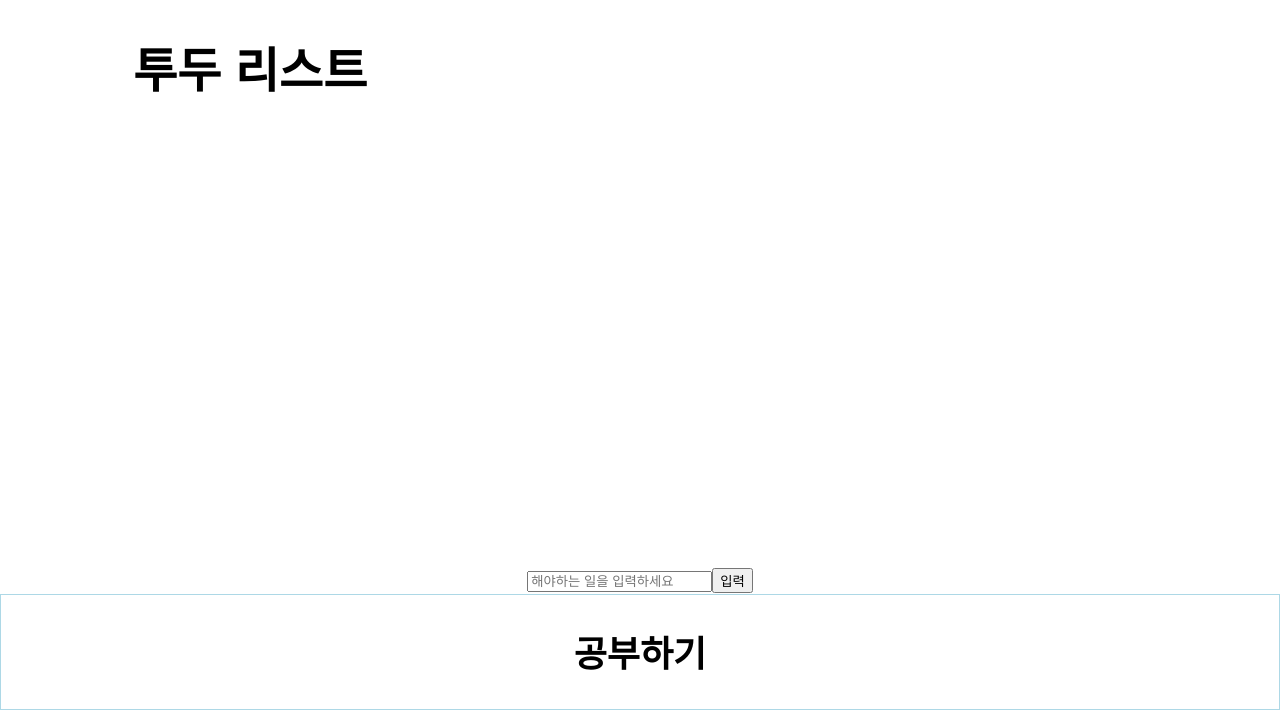
Repository: jun01270/Todo-List_React
Page: /
An editor plug-in stored every save of this project. The page is shown before and after a run of saves, followed by the edit.
The browser window is 1280 px wide. The pictures show the whole page.
The project was rebuilt for these pictures with package versions that can differ from the ones it lists, and the page was loaded fresh each time.

Above is the page before, as saved 2023-01-02 13:47:48.

### public/index.html
<!DOCTYPE html>
<html lang="en">
  <head>
    <meta charset="utf-8" />
    <link rel="preconnect" href="https://fonts.googleapis.com" />
    <link rel="preconnect" href="https://fonts.gstatic.com" crossorigin />
    <link
      href="https://fonts.googleapis.com/css2?family=Nanum+Pen+Script&display=swap"
      rel="stylesheet"
    />
    <meta name="viewport" content="width=device-width, initial-scale=1" />
    <meta name="theme-color" content="#000000" />
    <meta
      name="description"
      content="Web site created using create-react-app"
    />
    <link rel="apple-touch-icon" href="%PUBLIC_URL%/logo192.png" />
    <!--
      manifest.json provides metadata used when your web app is installed on a
      user's mobile device or desktop. See https://developers.google.com/web/fundamentals/web-app-manifest/
    -->
    <link rel="manifest" href="%PUBLIC_URL%/manifest.json" />
    <!--
      Notice the use of %PUBLIC_URL% in the tags above.
      It will be replaced with the URL of the `public` folder during the build.
      Only files inside the `public` folder can be referenced from the HTML.

      Unlike "/favicon.ico" or "favicon.ico", "%PUBLIC_URL%/favicon.ico" will
      work correctly both with client-side routing and a non-root public URL.
      Learn how to configure a non-root public URL by running `npm run build`.
    -->
    <title>React App</title>
  </head>
  <body>
    <noscript>You need to enable JavaScript to run this app.</noscript>
    <div id="root"></div>
    <!--
      This HTML file is a template.
      If you open it directly in the browser, you will see an empty page.

      You can add webfonts, meta tags, or analytics to this file.
      The build step will place the bundled scripts into the <body> tag.

      To begin the development, run `npm start` or `yarn start`.
      To create a production bundle, use `npm run build` or `yarn build`.
    -->
  </body>
</html>

### src/App.js
import "./App.css";
import Todo from "./todo";

function App() {
  return (
    <div className="todo">
      <Todo />
    </div>
  );
}

export default App;

### src/App.css
.todo {
  text-align: center;
  font-family: "Nanum Pen Script", cursive;
  font-size: x-large;
}

.todo-Form {
}

.todo-title {
  width: 500px;
  height: 500px;
  font-family: "Nanum Pen Script", cursive;
}

.todo-items {
  border: 1px solid lightblue;
}

### src/todo.js
import { useState } from "react";
import "./App.css";

function Todo() {
  const handleEvent = (event) => {
    setinputValue(event.target.value);
  };

  const [inputValue, setinputValue] = useState("");
  const [todoList, setTodoList] = useState([]);

  const addTodo = () => {
    console.log("I'm Todo", todoList);
    setTodoList(...todoList, inputValue);
  };

  return (
    <div id="todo">
      <h1 className="todo-title">투두 리스트</h1>
      <div className="todo-form">
        <div className="todo-input">
          <input
            type="text"
            placeholder="해야하는 일을 입력하세요"
            onChange={handleEvent}
            value={inputValue}
          ></input>
          <button onClick={addTodo}>입력</button>
        </div>
        <div className="todo-items">
          <h2>공부하기</h2>
        </div>
      </div>
    </div>
  );
}

export default Todo;

Loaded but not shown: src/index.js (common file); src/index.css (common file); src/reportWebVitals.js (common file)

After the next 2 saves:
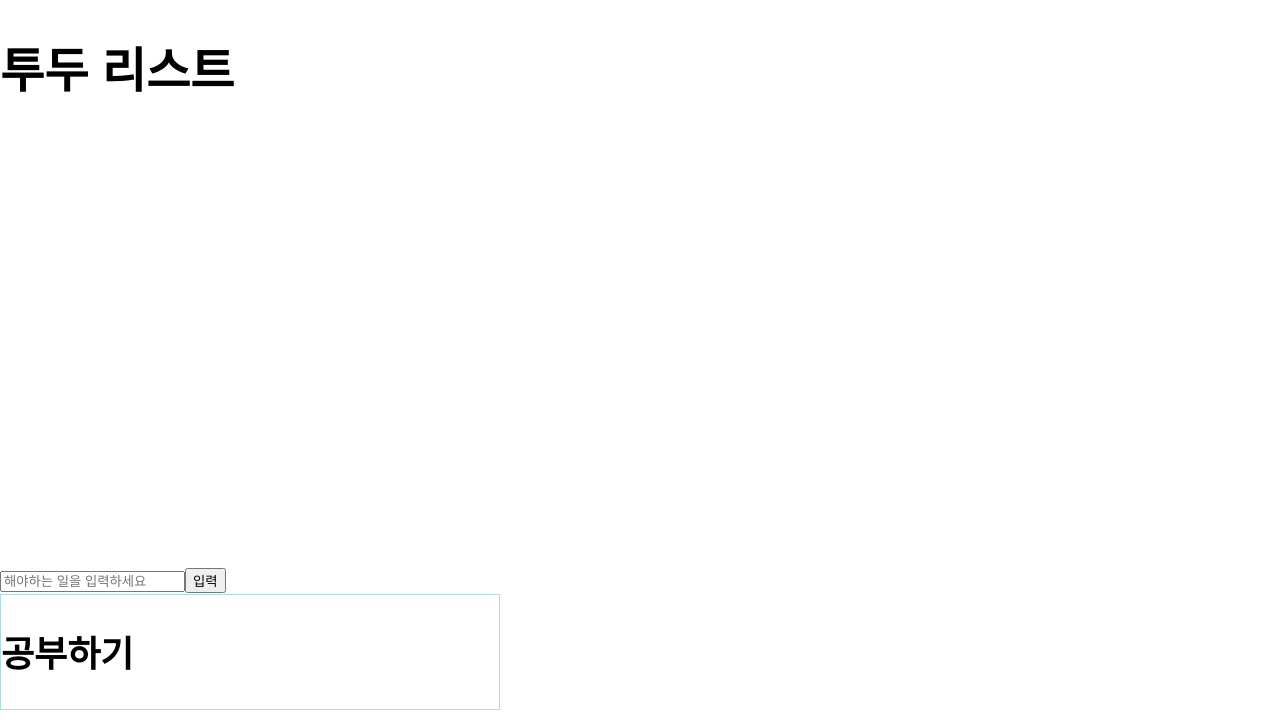
The 2 saves are shown as one change because they came seconds apart.
The last was saved 60 s later.
--- a/src/App.css
+++ b/src/App.css
@@ -1,7 +1,7 @@
 .todo {
-  text-align: center;
   font-family: "Nanum Pen Script", cursive;
   font-size: x-large;
+  display: flex;
 }
 
 .todo-Form {
